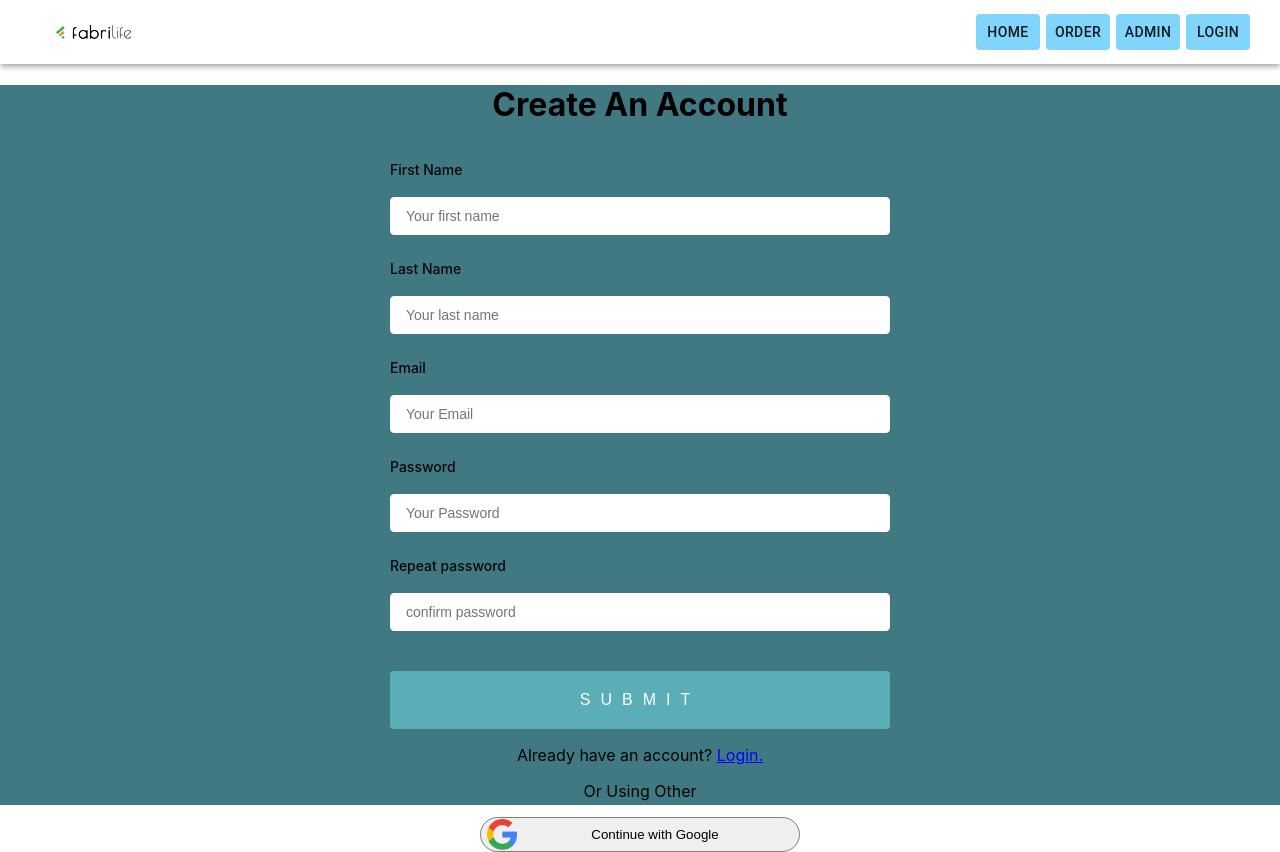
Repository: arif286/fabrilife-E-commerce-client-site
Page: /login
The author's editor kept a copy of each file at every save. The page is drawn from the files as they stood at one save, then again after the next save.
The browser window is 1280 px wide. The pictures show the whole page.
The project was rebuilt for these pictures with package versions that can differ from the ones it lists, and the page was loaded fresh each time. Also part of the build but not shown: src/components/Admin/Admin.css, src/components/Admin/AddEvent/AddEvent.css, src/components/Admin/AddEvent/AddEvent.js, src/components/Admin/ProductManage/ProductManage.js, src/components/Admin/Sidebar/Sidebar.css, src/components/Admin/Sidebar/Sidebar.js, src/components/Admin/Admin.js, src/components/CheckOut/CheckOut.css and 13 more.

Above is the page before, as saved 2021-04-01 03:20:12.

After the next save:
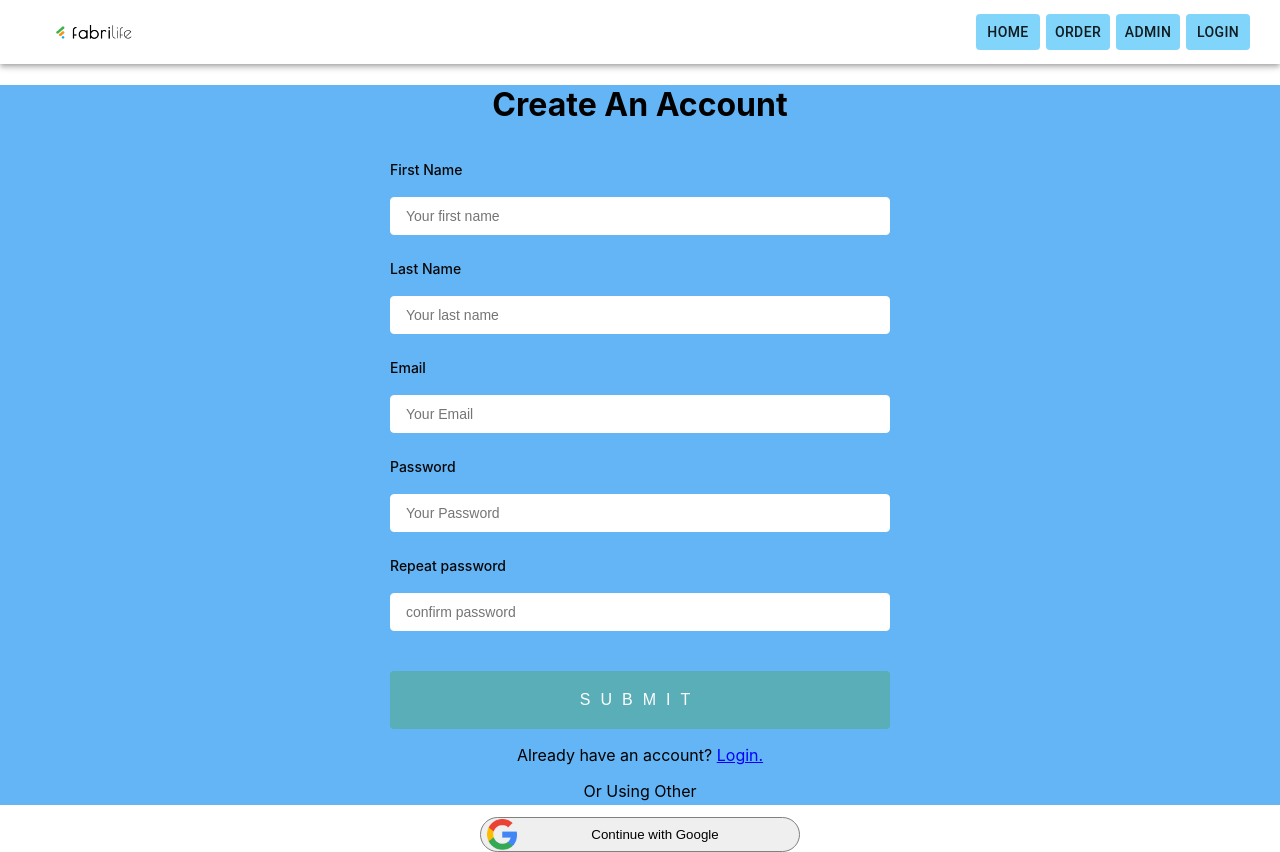
Saved 88 s later.
--- a/src/components/Login/Login.css
+++ b/src/components/Login/Login.css
@@ -86,6 +86,6 @@ button[type="submit"]:hover,
   cursor: pointer;
 }
 .login-page {
-  background-color: #407982;
+  background-color: #64b5f6;
   height: 100vh;
 }
